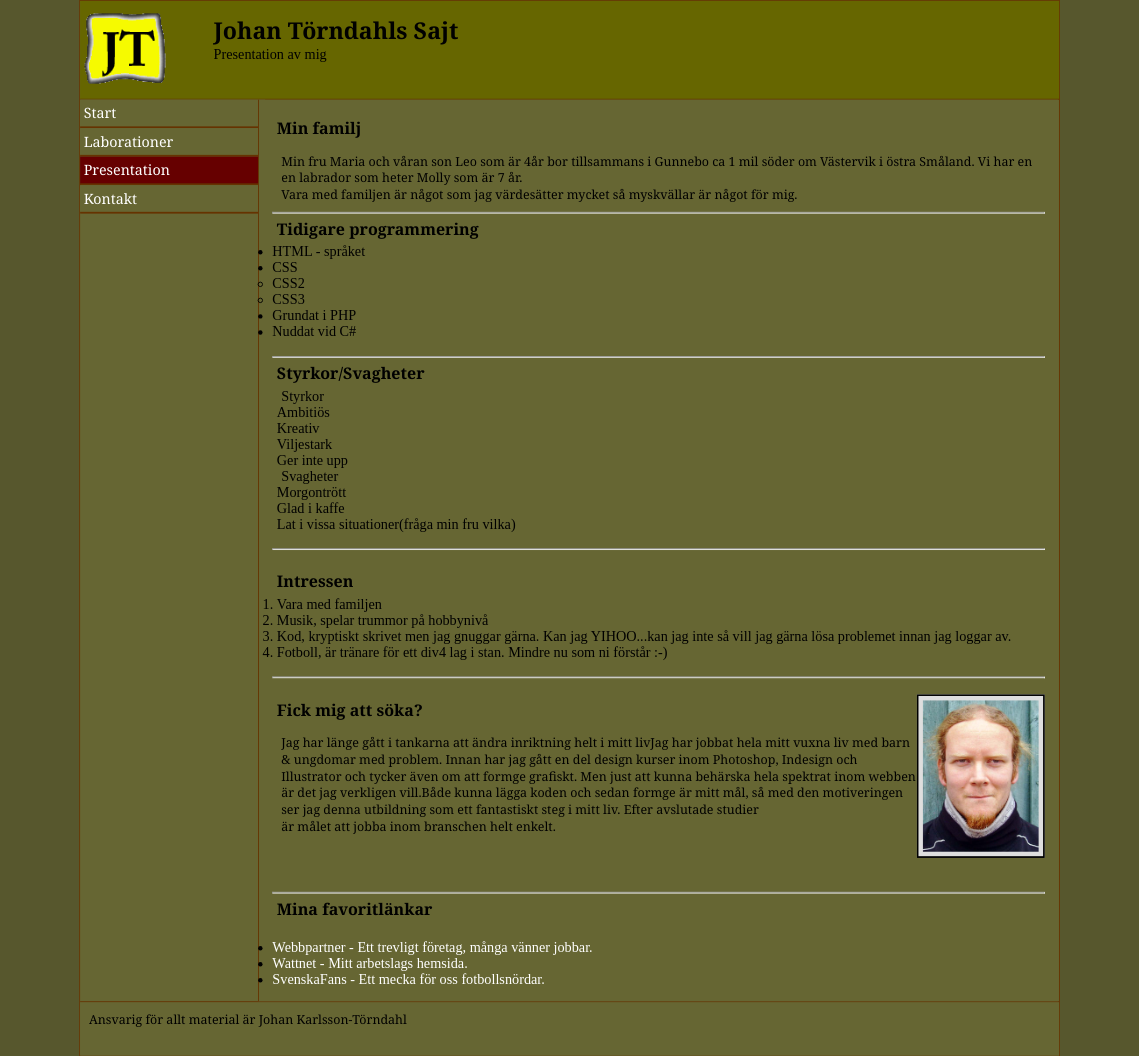
Repository: jt222ia/1ik415-jt222ia-laborationer
Page: pages/presentation.html
The author's editor kept a record of every edit. The page is drawn from the files as they stood at one moment, then again after the next edit.
The browser window is 1280 px wide. The pictures show the whole page, at 89% of full size.

Above is the page before.

After the next edit:
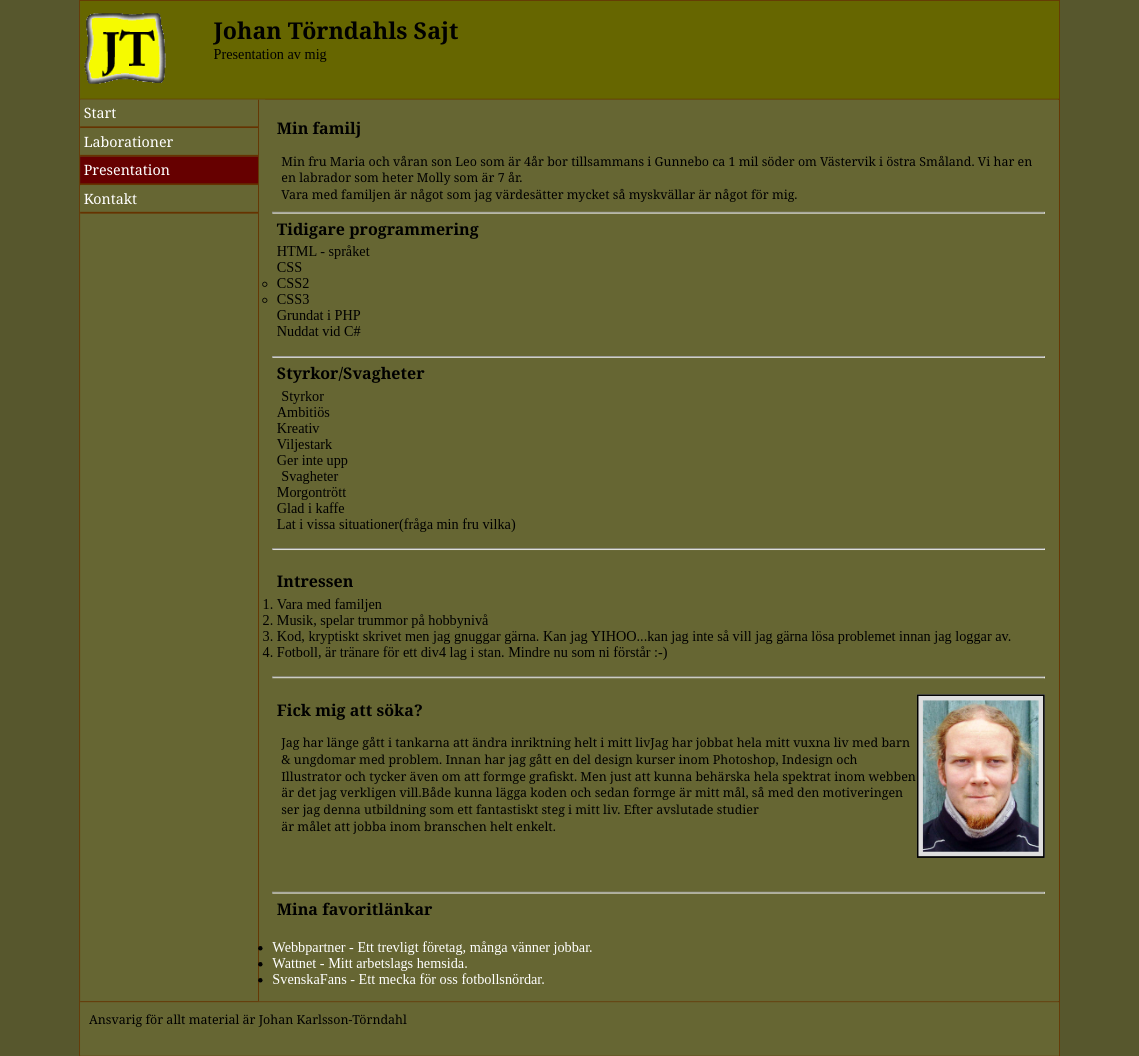
The edit:
--- a/pages/presentation.html
+++ b/pages/presentation.html
@@ -39,7 +39,7 @@
                     <hr />
 
             <h3>Tidigare programmering</h3>
-                    <ul>
+                    <ul class="sidul">
                         <li>HTML - språket</li>
                         <li>CSS
                             <ul>
